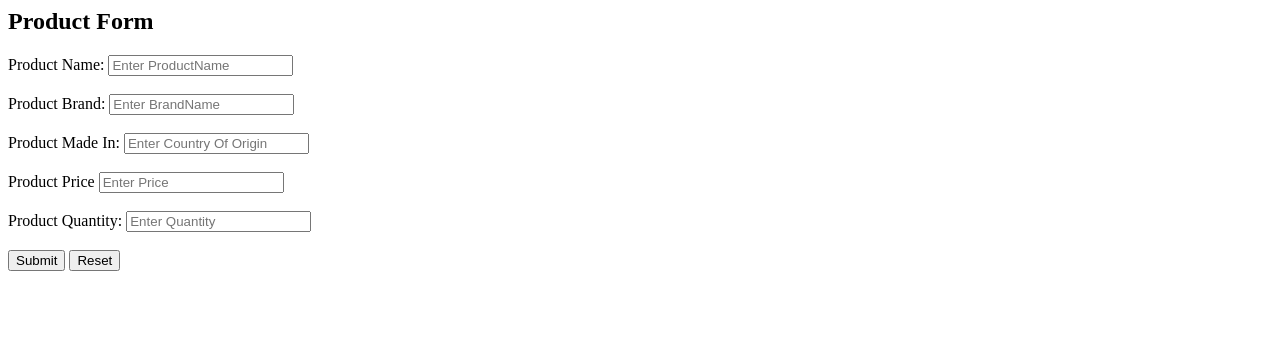
Repository: SruthiBethi/SpringBootMVC
Page: http://localhost/add-product
The author's editor kept a copy of each file at every save. The page is drawn from the files as they stood at one save, then again after the next save.
The browser window is 1280 px wide. The pictures show the whole page.
The page is this project's Thymeleaf template; nobody is signed in. The template is opened directly, without the code that normally fills it, so the values that code supplies are empty.

Above is the page before, as saved 2024-12-20 06:33:49.

After the next save:
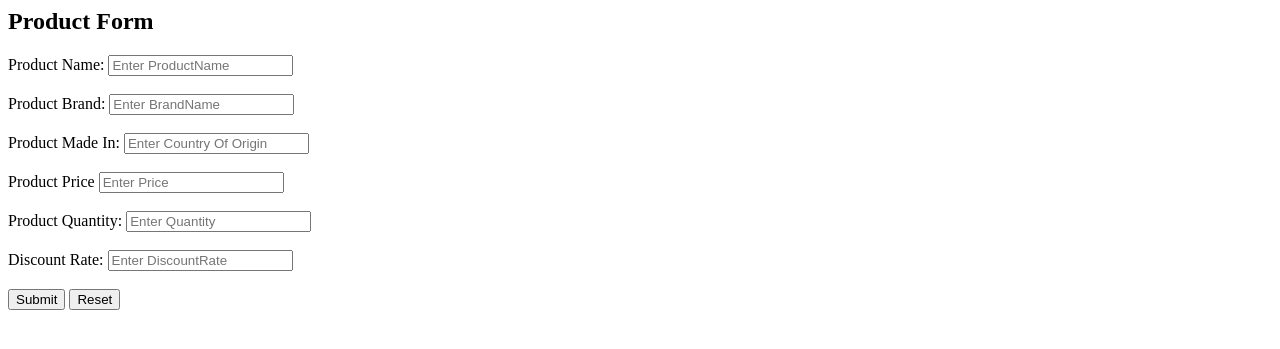
Saved 36 min 30 s later.
--- a/SpringBootMVCExample/src/main/resources/templates/add-product.html
+++ b/SpringBootMVCExample/src/main/resources/templates/add-product.html
@@ -12,6 +12,8 @@
 			<input type="text" placeholder="Enter Price" name="price"><br><br>
 			<label> Product Quantity:</label>
 			<input type="text" placeholder="Enter Quantity" name="quantity"><br><br>
+			<label> Discount Rate:</label>
+		    <input type="text" placeholder="Enter DiscountRate" name="discountRate"><br><br>
 			<button type="submit" >Submit</button>
 			<button type="reset">Reset</button>
 		</form>
